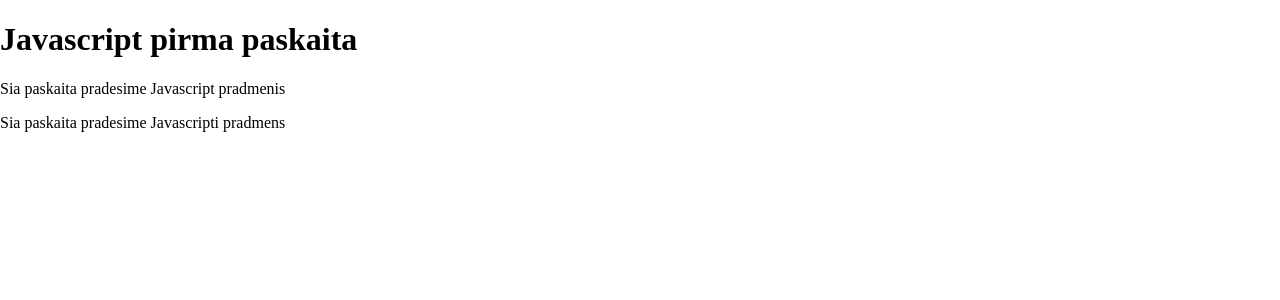
Repository: motiejus1/16-paskaita-05.31
Page: index.html
These files come from the project's save history. The page is drawn as it stood at one moment and after a run of saves; the edit follows.
The browser window is 1280 px wide. The pictures show the whole page.

Above is the page before, as saved 2021-06-28 18:23:44.

### index.html
<!DOCTYPE html>
<html lang="en">
<head>
    <meta charset="UTF-8">
    <meta http-equiv="X-UA-Compatible" content="IE=edge">
    <meta name="viewport" content="width=device-width, initial-scale=1.0">
    <title>16 paskaita</title>
    <style>
        body {
            max-width: 1920px;
            margin: auto;
        }
    </style>

</head>
<body>
    <h1>Javascript pirma paskaita</h1>
    <p>Sia paskaita pradesime Javascript pradmenis</p>
    <p>Sia paskaita pradesime Javascripti pradmens</p>

    <script>

    </script>
</body>
</html>

After the next 2 saves:
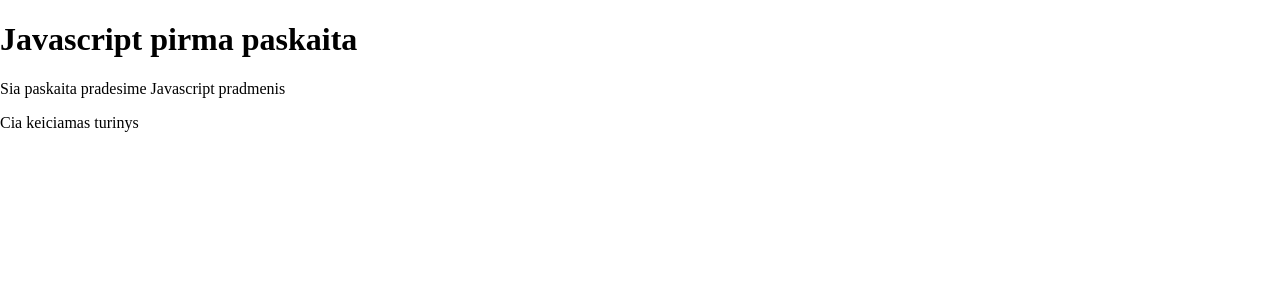
The 2 saves are shown as one change because they came seconds apart.
The last was saved 9 s later.
--- a/index.html
+++ b/index.html
@@ -16,7 +16,7 @@
 <body>
     <h1>Javascript pirma paskaita</h1>
     <p>Sia paskaita pradesime Javascript pradmenis</p>
-    <p>Sia paskaita pradesime Javascripti pradmens</p>
+    <p>Cia keiciamas turinys</p>
 
     <script>
 
